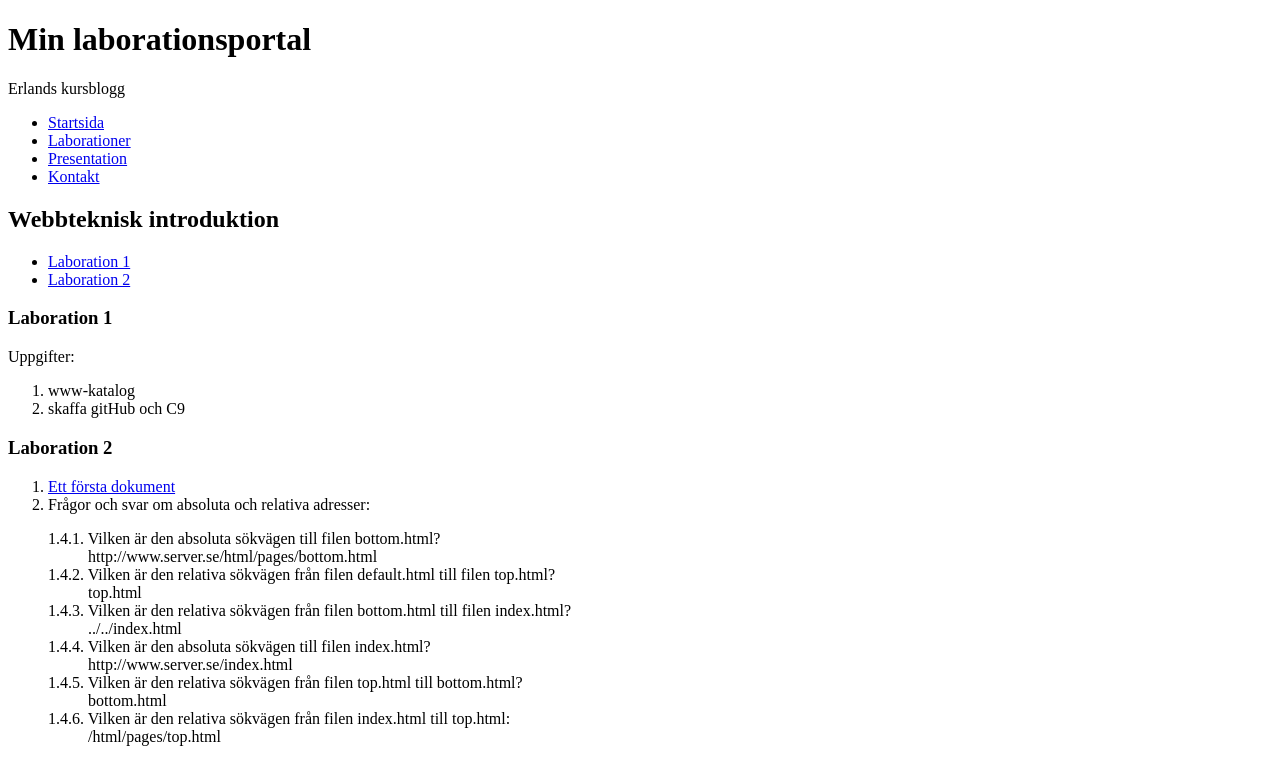
Repository: ej222ru/1IK415-laborationer
Page: pages/laborationer.html
The author's editor kept a record of every edit. The page is drawn from the files as they stood at one moment, then again after the next edit.
The browser window is 1280 px wide. The pictures show the whole page.

Above is the page before.

After the next edit:
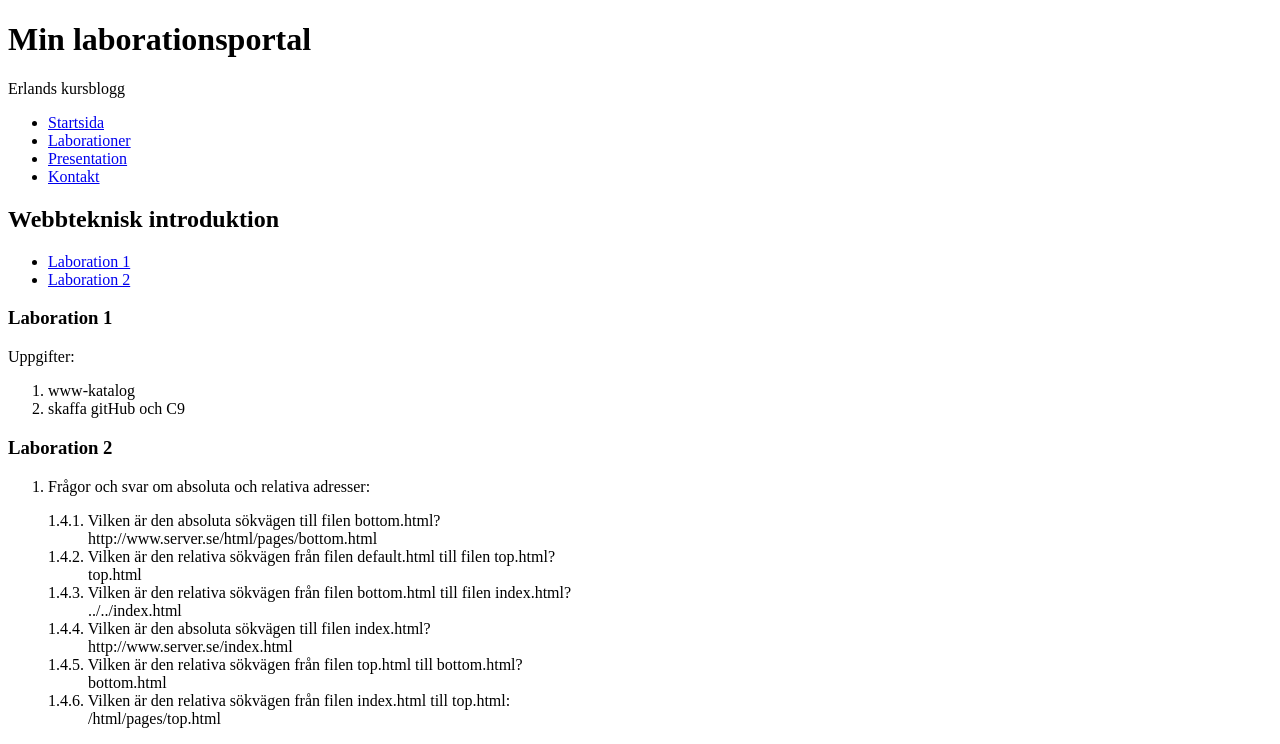
The edit:
--- a/pages/laborationer.html
+++ b/pages/laborationer.html
@@ -27,7 +27,7 @@
         </ol>
         <h3>Laboration 2 <a id="Laboration2"></a></h3>
         <ol>
-            <li><a href="presentation.html">Ett första dokument</a></li>
+
             <li>Frågor och svar om absoluta och relativa adresser:
                 <dl>
                 <dt>1.4.1. Vilken är den absoluta sökvägen till filen bottom.html? </dt>
